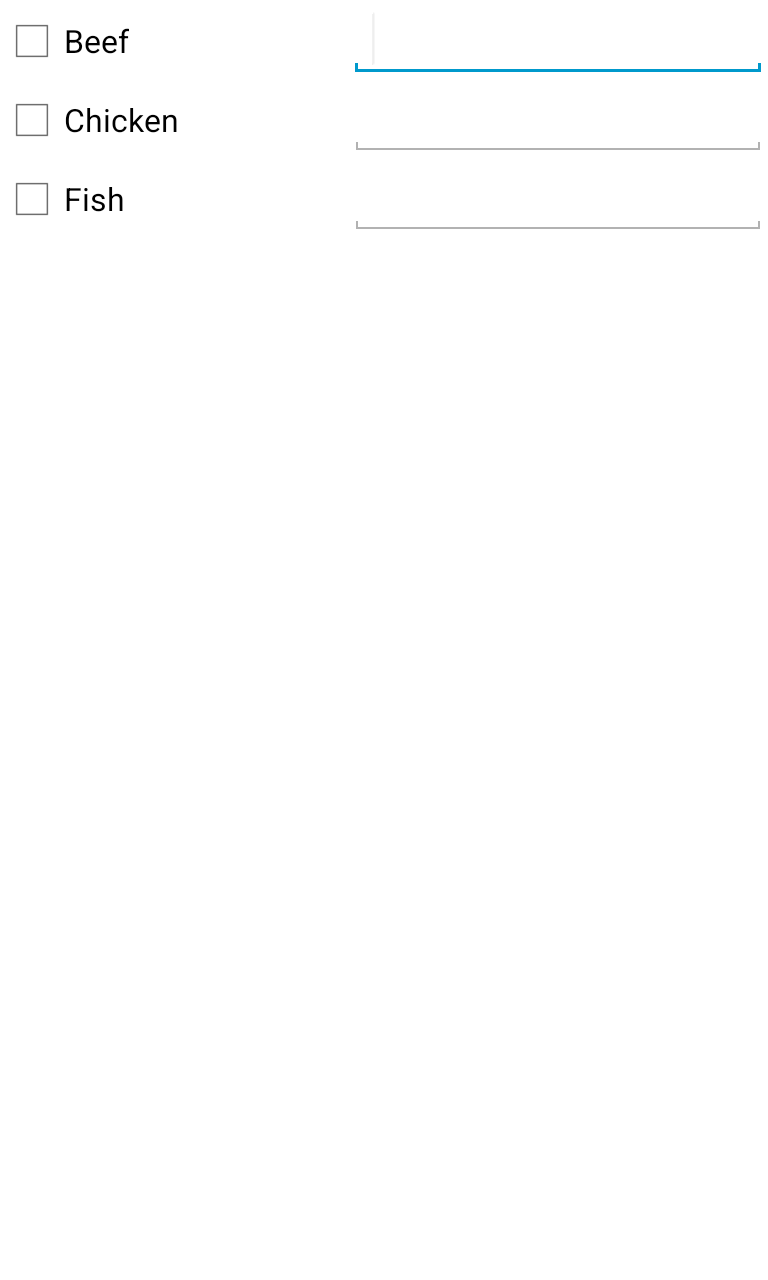
Repository: majorflight02/pairme
Layout: workspace/pairme/res/layout/fragment_food_entry.xml
These files come from the project's save history. The layout is drawn as it stood at one moment and after the next save; the edit follows.
It is drawn on a 768 x 1280 px phone screen (xhdpi) without system bars, with theme AppTheme; the app's code is not run.

Above is the layout before, as saved 2013-08-25 18:49:04.

After the next save:
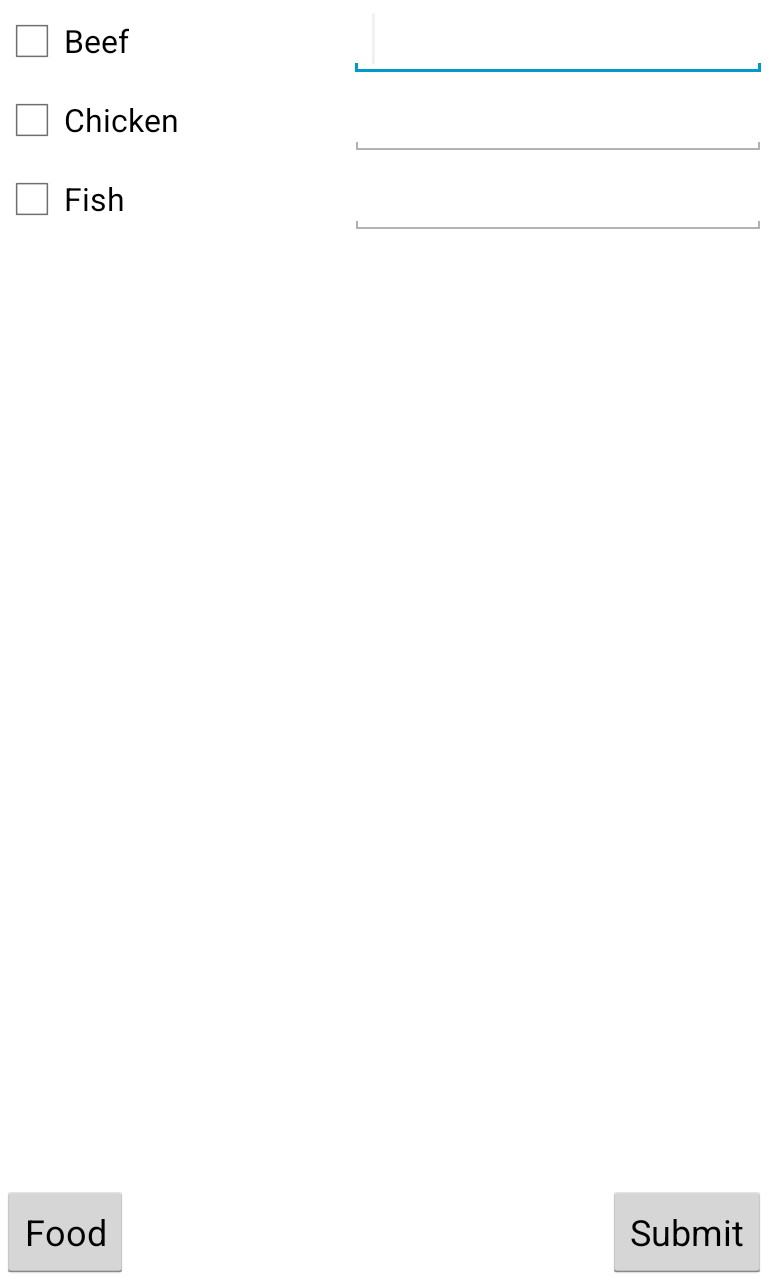
Saved 10 s later.
--- a/workspace/pairme/res/layout/fragment_food_entry.xml
+++ b/workspace/pairme/res/layout/fragment_food_entry.xml
@@ -2,6 +2,22 @@
 <RelativeLayout xmlns:android="http://schemas.android.com/apk/res/android"
     android:layout_width="match_parent"
     android:layout_height="match_parent" >
+
+     <Button
+        android:id="@+id/fragment_beer_entry_food_btn"
+        android:layout_width="wrap_content"
+        android:layout_height="wrap_content"
+        android:layout_alignParentLeft="true"
+        android:layout_alignParentBottom="true"
+        android:text="Food" />
+
+    <Button
+        android:id="@+id/fragment_beer_entry_submit_btn"
+        android:layout_width="wrap_content"
+        android:layout_height="wrap_content"
+        android:layout_alignParentRight="true"
+        android:layout_alignParentBottom="true"
+        android:text="Submit" />
 
     <CheckBox
         android:id="@+id/fragment_food_entry_beef_checkbox"
